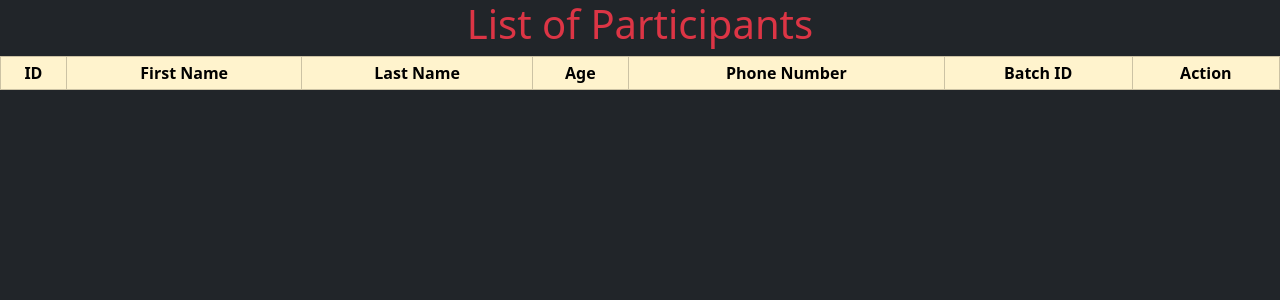
Repository: Jannis-Buschhaus/simplilearn-assessment-phase2
Page: http://localhost/FunfitWebapp/viewParticipants.jsp
The author's editor kept a copy of each file at every save. The page is drawn from the files as they stood at one save, then again after the next save.
The browser window is 1280 px wide. The pictures show the whole page.
The page is served by Tomcat 9. Other server files are loaded and not shown.

Above is the page before, as saved 2024-05-30 14:46:34.

### FunfitWebapp/src/main/webapp/viewParticipants.jsp
<%@ page language="java" contentType="text/html; charset=UTF-8"
    pageEncoding="UTF-8"%>
<%@ taglib prefix="c" uri="http://java.sun.com/jsp/jstl/core" %>
<!DOCTYPE html>
<html>
<head>
<meta charset="UTF-8">
<title>List of Participants</title>
<link href="https://cdn.jsdelivr.net/npm/bootstrap@5.3.3/dist/css/bootstrap.min.css" rel="stylesheet" integrity="sha384-QWTKZyjpPEjISv5WaRU9OFeRpok6YctnYmDr5pNlyT2bRjXh0JMhjY6hW+ALEwIH" crossorigin="anonymous">
</head>
<body class="bg-dark">
	<script type="text/javascript">
		async function deleteParticipant(partId) {
			var result
			try {
				result = await fetch("/FunfitWebapp/ParticipantsController?id="+partId,  {
	    			method: 'DELETE'
	  			})
			} catch (e) {
				result = e
				console.log(result)
			} finally {
				window.location.replace("ParticipantsController?target=viewParticipants")
			}
		}

		function showUpdate(partId, fname, lname, age, phoneNumber, batchId) {
			document.getElementById("updateParticipant").hidden = false
			document.getElementById("partId").value = partId
			document.getElementById("fname").value = fname
			document.getElementById("lname").value = lname
			document.getElementById("age").value = age
			document.getElementById("phoneNumber").value = phoneNumber
			document.getElementById("batchId").value = batchId
		}
	</script>
	<div class="text-center">
		<h1 class="text-danger">List of Participants</h1>
		<table class="table table-warning table-bordered table-hover table-sm">
			<tr>
				<th>ID</th><th>First Name</th><th>Last Name</th><th>Age</th><th>Phone Number</th><th>Batch ID</th><th>Action</th>
			</tr>
			<c:forEach items="${ sessionScope.participants }" var="p">
				<tr>
					<td>${ p.getPartId() }</td>
					<td>${ p.getFname() }</td>
					<td>${ p.getLname() }</td>
					<td>${ p.getAge() }</td>
					<td>${ p.getPhoneNumer() }</td>
					<td>${ p.getBatchId() }</td>
					<td>
						<button onclick="deleteParticipant(partId='${ p.getPartId() }')">delete</button>
						<button onclick="showUpdate(partId='${ p.getPartId() }', fname='${ p.getFname() }', lname='${ p.getLname() }', age='${ p.getAge() }', phoneNumber='${ p.getPhoneNumer() }', batchId='${ p.getBatchId() }' )">update</button>
					</td>
				</tr>
			</c:forEach>
		</table>
		<div id="updateParticipant" hidden>
			<h1>Update Participant</h1>
			<form method="post" action="ParticipantsController">
				<label for="partId">Participant ID: </label>
					<input readonly type="text" name="partId" id="partId" /><br />
				<label for="fname">First Name: </label>
					<input type="text" name="fname" id="fname" /><br />
				<label for="lname">Last Name: </label>
					<input type="text" name="lname" id="lname" /><br />
				<label for="age">Age: </label>
					<input type="number" name="age" id="age" /><br />
				<label for="phoneNumber">Phone Number: </label>
					<input type="text" name="phoneNumber" id="phoneNumber" /><br />
				<label for="batchId">batch: </label>
					<select id="batchId" name="batchId">
						<c:forEach var="batch" items="${ sessionScope.batch }">
							<option value="${ batch.getBatchId() }">${ batch.getTypeOfBatch() } ${ batch.getTime() }</option>
						</c:forEach>
					</select><br />
				<input type="radio" name="update" value="update" checked  hidden/>
				<button type="submit">Update Participant</button>
			</form>
		</div>
	</div>
</body>
</html>

After the next save:
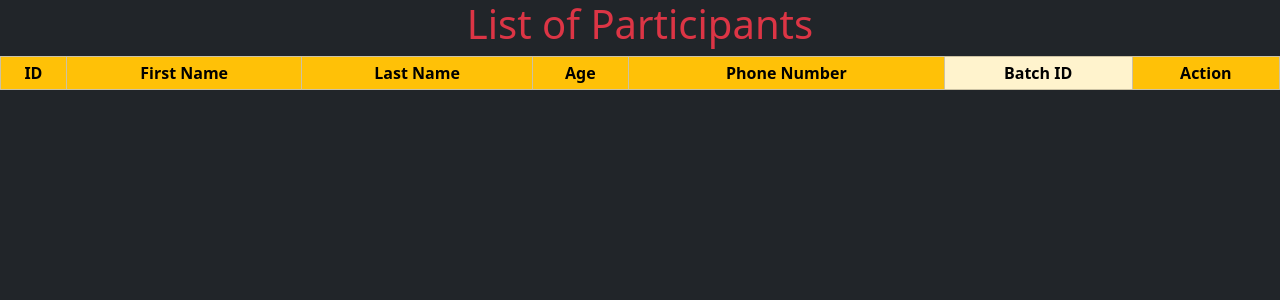
Saved 39 s later.
--- a/FunfitWebapp/src/main/webapp/viewParticipants.jsp
+++ b/FunfitWebapp/src/main/webapp/viewParticipants.jsp
@@ -38,7 +38,7 @@
 		<h1 class="text-danger">List of Participants</h1>
 		<table class="table table-warning table-bordered table-hover table-sm">
 			<tr>
-				<th>ID</th><th>First Name</th><th>Last Name</th><th>Age</th><th>Phone Number</th><th>Batch ID</th><th>Action</th>
+				<th class="bg-warning">ID</th><th class="bg-warning">First Name</th><th class="bg-warning">Last Name</th><th class="bg-warning">Age</th><th class="bg-warning">Phone Number</th><th>Batch ID</th><th class="bg-warning">Action</th>
 			</tr>
 			<c:forEach items="${ sessionScope.participants }" var="p">
 				<tr>
